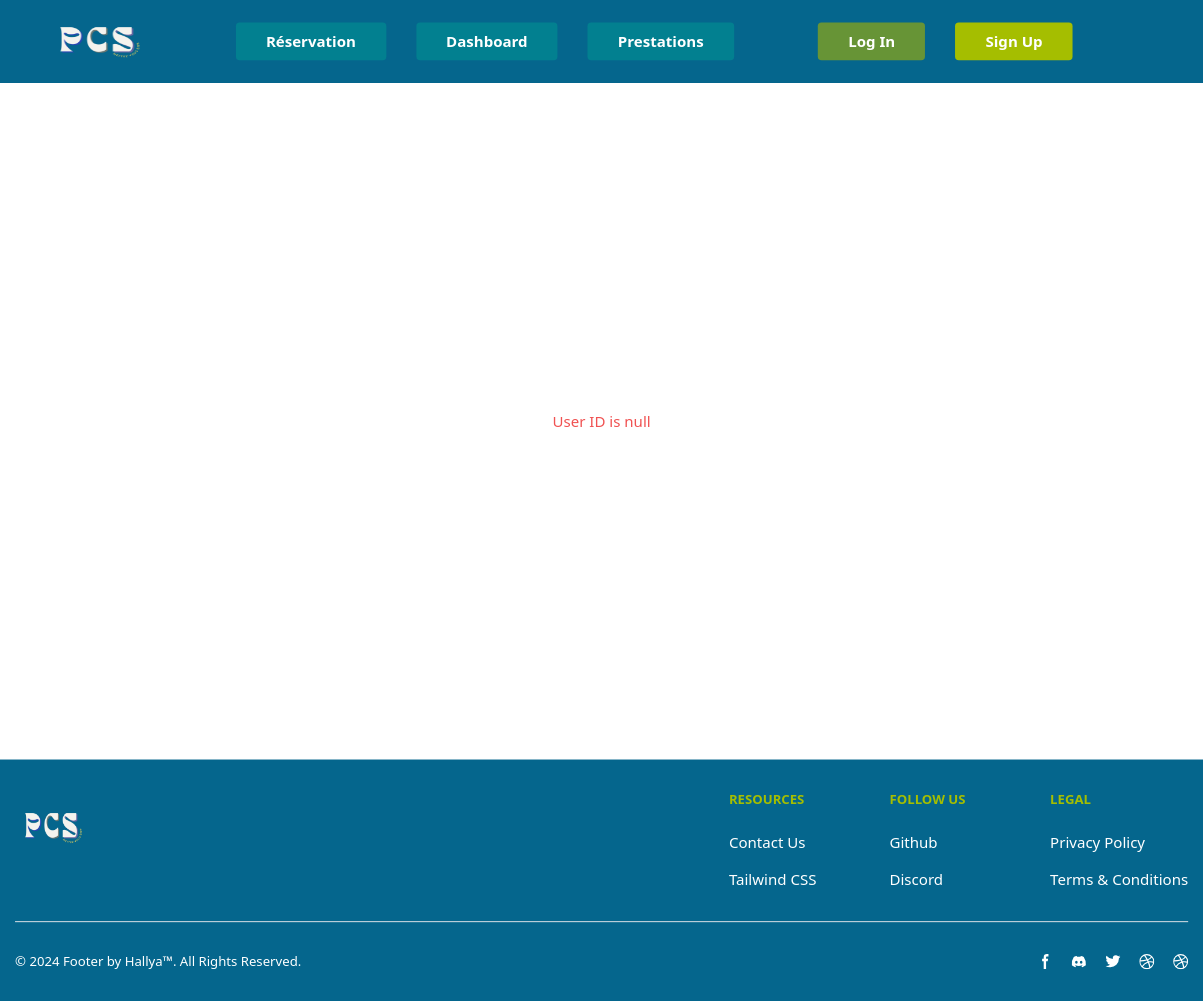
Repository: HATTOUNGBRE/ProjetAnnuel2
Page: /account (app in FRONT/)
An editor plug-in stored every save of this project. The page is shown before and after the next save, followed by the edit.
The browser window is 1280 px wide. The pictures show the whole page, at 94% of full size.
The project was rebuilt for these pictures with package versions that can differ from the ones it lists, and the page was loaded fresh each time. Also part of the build but not shown: FRONT/vite.config.js, FRONT/src/components/Main.jsx, FRONT/src/components/Contact.jsx, FRONT/src/components/CatUser.jsx, FRONT/src/components/Login.jsx, FRONT/src/components/Inscription.jsx, FRONT/src/components/dashboard/VoyageurDashboard.jsx, FRONT/src/components/proprio/EditProduct.jsx and 11 more.

Above is the page before, as saved 2024-06-21 15:43:44.

After the next save:
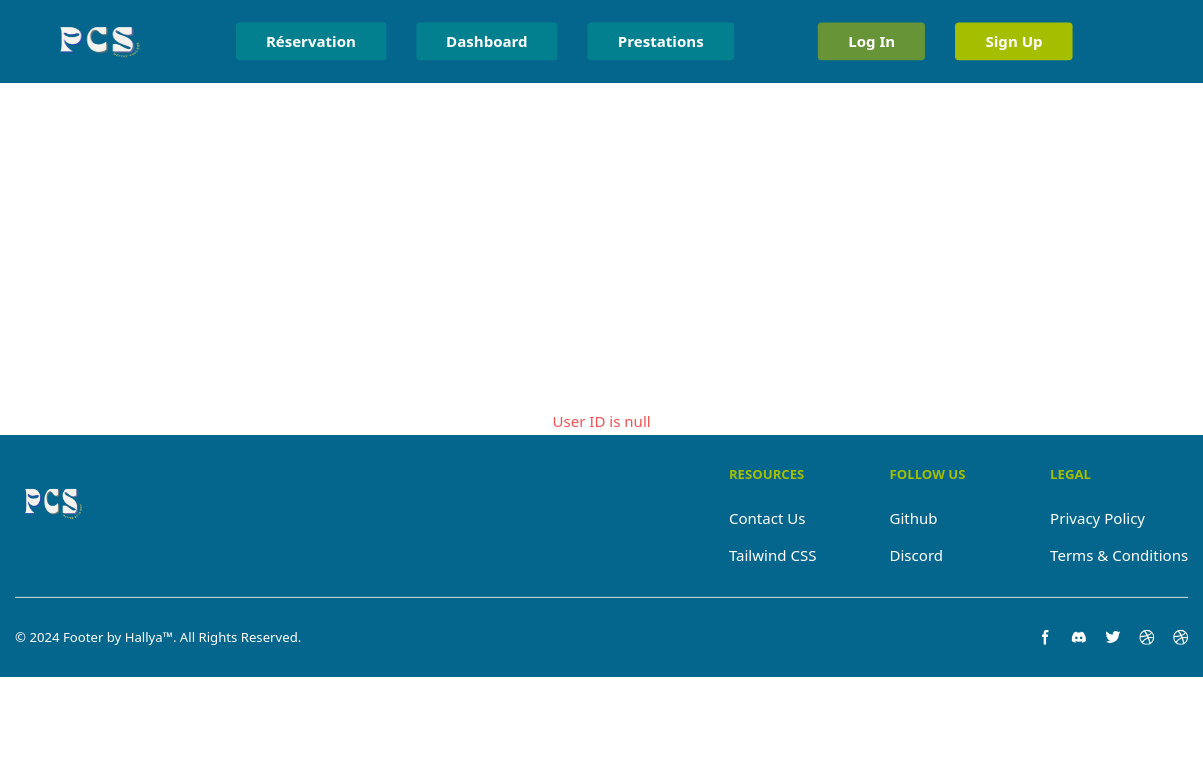
Saved 19 s later.
--- a/FRONT/src/components/Footer.jsx
+++ b/FRONT/src/components/Footer.jsx
@@ -3,7 +3,7 @@
 
 function Footer() {
   return (
-    <footer className="bg-pcs-200 dark:bg-gray-900 mt-auto bottom-0 static">
+    <footer className="bg-pcs-200 dark:bg-gray-900 mt-auto bottom-0 fixed">
       <div className="mx-auto w-full max-w-screen-xl p-4 py-6 lg:py-8">
         <div className="md:flex md:justify-between">
           <div className="mb-6 md:mb-0">
